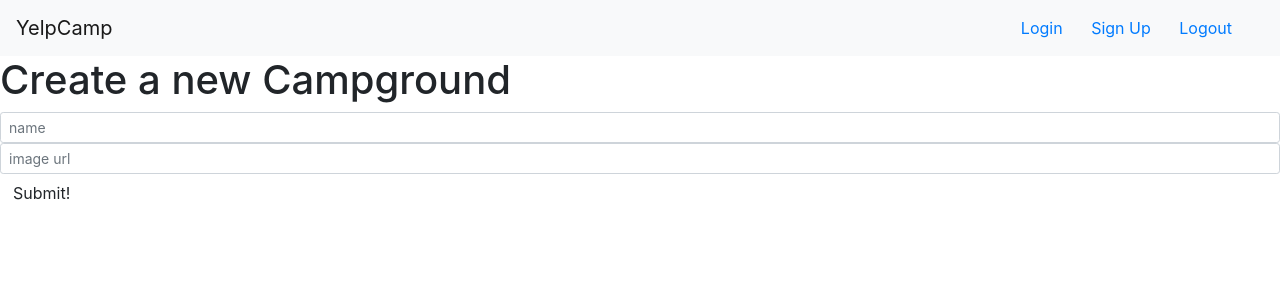
Repository: manojsatya/YelpCamp
Page: http://localhost/campgrounds/new
An editor plug-in stored every save of this project. The page is shown before and after the next save, followed by the edit.
The browser window is 1280 px wide. The pictures show the whole page.
The page is served by the project's Node server (app.js).

Above is the page before, as saved 2019-06-14 17:46:25.
Console error: TypeError: Cannot read properties of undefined (reading 'fn')

After the next save:
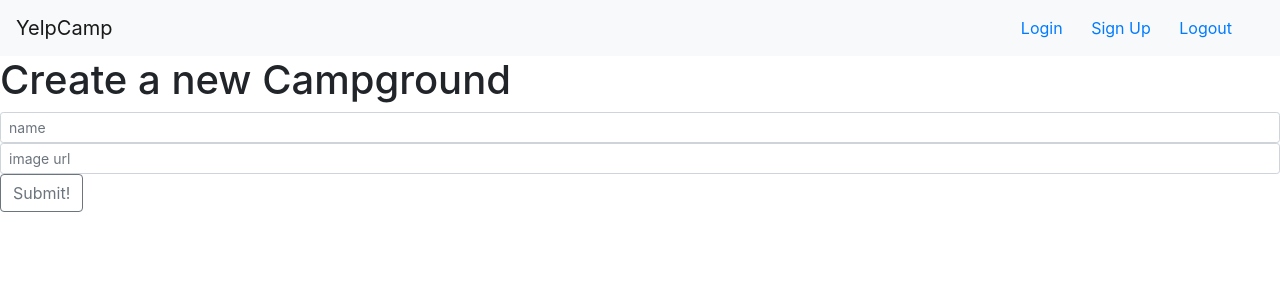
Saved 38 s later.
--- a/views/new.ejs
+++ b/views/new.ejs
@@ -7,7 +7,7 @@
 <form action="/campgrounds" method="POST">
     <input class="form-control form-control-sm" type="text" name="name" id="" placeholder="name">
     <input class="form-control form-control-sm" type="text" name="image" id="" placeholder="image url">
-    <button class="btn"> Submit!</button>
+    <button class="btn btn-outline-secondary"> Submit!</button>
 
 </form>
 
